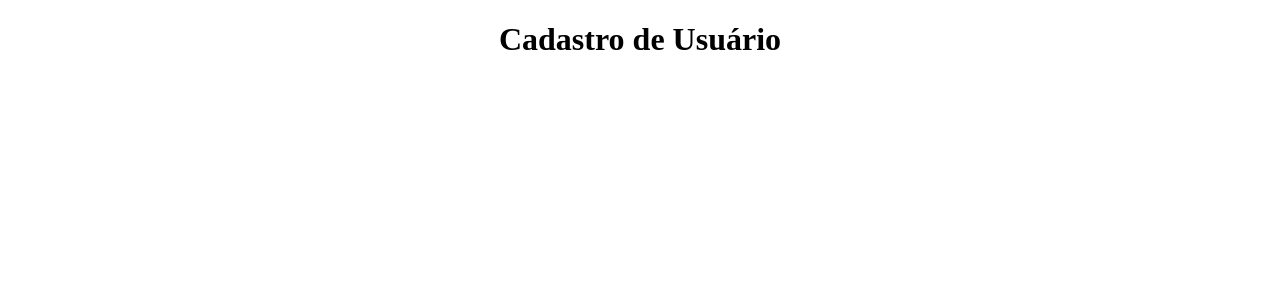
Repository: yoda4ever/playground
Page: http://localhost/Mod06_ex02B/tela1.jsp
These files come from the project's save history. The page is drawn as it stood at one moment and after the next save; the edit follows.
The browser window is 1280 px wide. The pictures show the whole page.
The page is served by Tomcat 9. Other server files are loaded and not shown.

Above is the page before, as saved 2017-05-06 15:24:00.

### Mod06_ex02B/WebContent/tela1.jsp
<%@ page language="java" contentType="text/html; charset=ISO-8859-1"
    pageEncoding="ISO-8859-1"%>
<!DOCTYPE html PUBLIC "-//W3C//DTD HTML 4.01 Transitional//EN" "http://www.w3.org/TR/html4/loose.dtd">
<html>
<head>
<meta http-equiv="Content-Type" content="text/html; charset=ISO-8859-1">
<title>Cadastro</title>
</head>
<body>

		<center>
			<h1>Cadastro de Usuário</h1>
		</center>




</body>
</html>

After the next save:
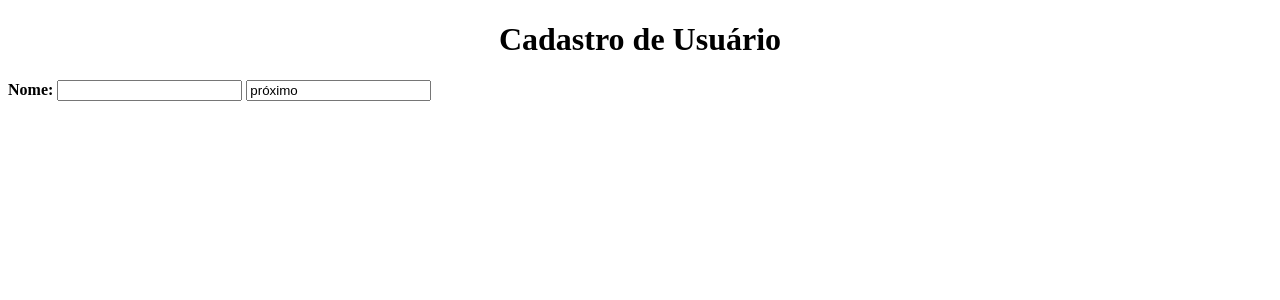
Saved 2 min 50 s later.
--- a/Mod06_ex02B/WebContent/tela1.jsp
+++ b/Mod06_ex02B/WebContent/tela1.jsp
@@ -12,6 +12,13 @@
 			<h1>Cadastro de Usuário</h1>
 		</center>
 
+		<form action="Cadastrar" method="get">
+			<p><strong>Nome:</strong>
+			<input type="text" maxlength="20">
+			<input type="botton" value="próximo">
+
+		</form>
+
 
 
 
